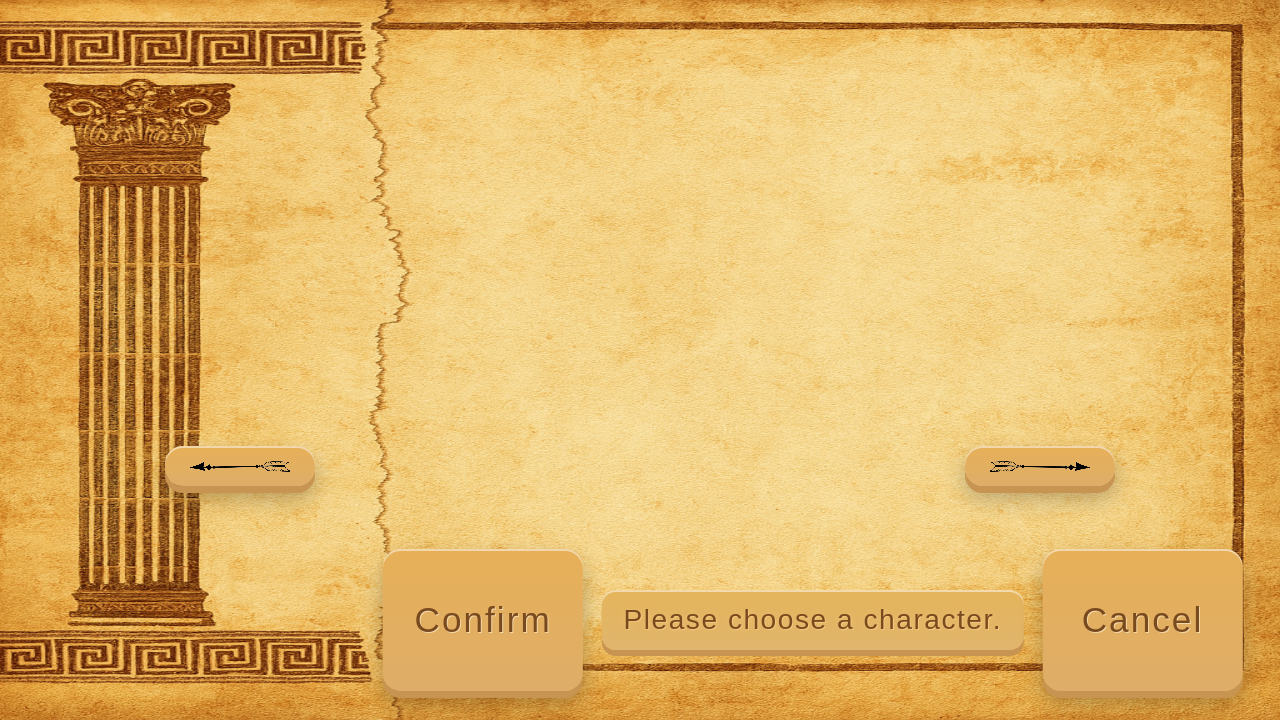
Repository: brianabariteau/Web-1-Final-Project-2025
Page: features/character-selection/character-selection.html
These files come from the project's save history. The page is drawn as it stood at one moment and after the next save; the edit follows.
The browser window is 1280 px wide. The pictures show the whole page.
The page's requests for data from a server got no answer. Some web fonts or font styles are not loaded; a fallback is used.

Above is the page before, as saved 2025-12-22 00:07:08.

### features/character-selection/character-selection.html
<!DOCTYPE html>
<html lang="en">
  <head>
    <meta charset="UTF-8" />
    <meta name="viewport" content="width=device-width, initial-scale=1.0" />
    <title>Player Selection</title>
    <link
      rel="icon"
      type="image/x-icon"
      href="../../assets/characters/zeus.png"
    />
    <link rel="stylesheet" href="./character-selection.css" />
    <script type="module" src="./character-selection.js" defer></script>
    <script
      src="https://code.jquery.com/jquery-3.7.1.min.js"
      integrity="sha256-/JqT3SQfawRcv/BIHPThkBvs0OEvtFFmqPF/lYI/Cxo="
      crossorigin="anonymous"
    ></script>
    <link
      href="https://fonts.googleapis.com/css2?family=Jersey+25&display=swap"
      rel="stylesheet"
    />
  </head>
  <body></body>
</html>

### features/character-selection/character-selection.css
/* -- General Page Layout -- */

body {
  margin: 0;
  padding: 0;
  width: 100vw;
  height: 100vh;
  overflow: hidden;

  display: flex;
  justify-content: center;
  align-items: center;

  position: relative;
  font-family: "Press Start 2P", monospace;
}

/* Full-screen background */
.background {
  position: absolute;
  inset: 0;
  width: 100%;
  height: 100%;
  z-index: -1;
}

/* -- Character Selector Grid [avatar1/2/3] -- */

.character-row {
  /*display: flex;
  justify-content: center;
  align-items: center;
  gap: 1rem;

  position: absolute;
  top: 10%;
  width: 100%;*/
  display: flex;
  justify-content: center;
  align-items: center;
  gap: 1rem;
  width: 100%;
  position: relative; /* not absolute */
}

/* All avatar boxes */
.avatar1,
.avatar2,
.avatar3 {
  /*width: 340px;
  height: 450px;*/
  width: min(28vw, 370px); /* 28% of viewport width, max 340px */
  height: min(28vw, 440px);

  background: transparent;
  border: none;
  padding: 0;

  position: relative;
  cursor: pointer;
  transition: transform 120ms ease;
}

.avatar1,
.avatar2,
.avatar3 {
  position: relative;
  isolation: isolate; /* prevents glow bleeding */
}

/* Gold glow overlay layer */
.avatar1::after,
.avatar2::after,
.avatar3::after {
  content: "";
  position: absolute;
  inset: -8px;
  border-radius: 22px;

  background: radial-gradient(
    circle,
    rgba(255, 220, 150, 0.65),
    rgba(255, 200, 100, 0.25),
    transparent 70%
  );

  opacity: 0;
  z-index: -1;
  transition: opacity 0.3s ease;
}

.avatar1.selected::after,
.avatar2.selected::after,
.avatar3.selected::after {
  opacity: 1;
  animation: auraPulse 3s ease-in-out infinite;
}

@keyframes auraPulse {
  0%,
  100% {
    transform: scale(1);
    filter: blur(6px);
    opacity: 0.7;
  }
  50% {
    transform: scale(1.06);
    filter: blur(10px);
    opacity: 1;
  }
}

.avatar1:hover,
.avatar2:hover,
.avatar3:hover {
  transform: scale(1.05);
}

.avatar1:active,
.avatar2:active,
.avatar3:active {
  transform: scale(1.03) translateY(3px);
}

.avatar1.selected::before,
.avatar2.selected::before,
.avatar3.selected::before {
  content: "";
  position: absolute;
  inset: -6px;
  border-radius: 18px;

  border: 3px solid rgba(255, 210, 130, 0.9);
  box-shadow: 0 0 18px rgba(255, 200, 100, 0.6);

  pointer-events: none;
}

/* The decorative box asset */
.background-boxes {
  position: absolute;
  inset: 0;
  width: 100%;
  height: 100%;
  object-fit: fill;
  z-index: 0;
  pointer-events: none;
}

/* If later you put the character image inside an avatar */
.player-avatar {
  position: relative;
  z-index: 1;
  width: 140px;
  height: auto;
  image-rendering: pixelated;
}

/* Info inside the avatar (optional) */
.player-info {
  position: relative;
  z-index: 2;
  color: brown;
  text-shadow: 2px 2px #000;
  font-size: 14px;
  text-align: left;
  margin-left: 10px;
}

/* ───────────── SCROLL ARROWS ABOVE TEXT BOX ───────────── */

.scroll-arrows {
  width: min(200vw, 950px); /* narrower than full screen */
  margin: 0 auto;
  display: flex;
  justify-content: space-between; /* left arrow on left, right arrow on right */
  align-items: center;

  padding: 0 5vw; /* adjusts how far arrows sit from edges */
  position: relative;
  z-index: 15;
  gap: 8rem;
}

/* =========================
   ARROW BUTTON BASE
========================= */
.left-arrow,
.right-arrow {
  width: 150px;
  height: 40px;

  background: linear-gradient(to bottom, #e7b058, #dead68);
  border-radius: 18px;
  border: none;

  display: flex;
  align-items: center;
  justify-content: center;

  cursor: pointer;

  box-shadow: inset 0 2px 0 rgba(255, 255, 255, 0.5), 0 7px 0 #c89451,
    0 12px 22px rgba(0, 0, 0, 0.25);

  transition: transform 0.15s ease, box-shadow 0.15s ease, filter 0.15s ease;
}

.left-arrow:hover,
.right-arrow:hover {
  filter: brightness(1.05);

  box-shadow: inset 0 2px 0 rgba(255, 255, 255, 0.6), 0 7px 0 #c89451,
    0 0 18px rgba(255, 210, 130, 0.7), 0 0 36px rgba(255, 200, 100, 0.4);
}

.left-arrow:active,
.right-arrow:active {
  transform: translateY(5px);

  box-shadow: inset 0 2px 0 rgba(255, 255, 255, 0.4), 0 3px 0 #c89451;
}

.arrowImg {
  width: 100px;
  height: auto;
  image-rendering: pixelated;
  pointer-events: none;
}

.switch-characters {
  display: flex;
  flex-direction: column;
  align-items: center;
  gap: 1rem; /* space between avatars and arrows */

  width: min(90vw, 1200px);
  position: absolute;
  top: 10%;
  width: 100%;
}

/* Every stat becomes a tooltip target */
.stat {
  position: relative;
  cursor: help;
}

/* Tooltip bubble */
.stat:hover::after {
  content: attr(data-info);
  position: absolute;
  left: 50%;
  bottom: 120%;
  transform: translateX(-50%);

  width: max-content;
  max-width: 220px;

  background: rgba(0, 0, 0, 0.9);
  color: white;
  padding: 8px 10px;
  border-radius: 6px;
  font-size: 10px;
  line-height: 1.2;
  text-shadow: none;

  pointer-events: none;
  z-index: 999;
}

/* Tooltip arrow */
.stat:hover::before {
  content: "";
  position: absolute;
  left: 50%;
  bottom: 110%;
  transform: translateX(-50%);

  border-width: 6px;
  border-style: solid;
  border-color: rgba(0, 0, 0, 0.9) transparent transparent transparent;

  z-index: 998;
}

/* ───────────── TEXT BOX (your .box image) ───────────── */

.bottom-panel {
  position: absolute;
  /*bottom: -3%;  how far from bottom of screen */
  bottom: 4%;
  left: 60%;
  /*transform: translateX(-30%);  center horizontally */
  transform: translateX(-45%);

  width: min(70vw, 900px);
  /*width: 40%;  adjust width as needed */
  /*max-width: 900px; */

  display: grid;
  grid-template-columns: 1fr auto 1fr; /* left | center | right */
  align-items: center;
  justify-items: center;
  margin: 0;

  z-index: 10;
}

.box {
  font-size: clamp(1.4rem, 2.2vw, 2rem);
  color: #7a4a1f;
  letter-spacing: 1.5px;

  text-shadow: 1px 1px 0 #f4c87d, 0 0 8px rgba(255, 210, 130, 0.35);

  background: linear-gradient(to bottom, #e5b55b, #e0b56d);
  padding: 14px 22px;
  border-radius: 14px;

  box-shadow: inset 0 2px 0 rgba(255, 255, 255, 0.5), 0 6px 0 #c89451;

  pointer-events: none;
}

/* ───────────── CONFIRM + CANCEL BUTTONS ───────────── */

.button-left,
.button-right {
  display: flex;
  justify-content: center;
  align-items: center;
}

.buttons {
  display: flex;
  gap: 0rem; /* spacing between confirm/cancel */
  position: relative; /* NOT absolute */
  z-index: 10;
}

.confirm,
.cancel {
  min-width: 200px;
  padding: 16px 30px;

  background: linear-gradient(to bottom, #e7b058, #dead68);
  border: none;
  border-radius: 18px;

  cursor: pointer;

  box-shadow: inset 0 2px 0 rgba(255, 255, 255, 0.5), 0 7px 0 #c89451,
    0 12px 22px rgba(0, 0, 0, 0.25);

  transition: transform 0.15s ease, box-shadow 0.15s ease, filter 0.15s ease;
}

.confirm p,
.cancel p {
  font-size: 2.2rem;
  letter-spacing: 2px;
  color: #7a4a1f;

  text-shadow: 1px 1px 0 #f3d8a8;
}

.confirm:hover,
.cancel:hover {
  filter: brightness(1.05);

  box-shadow: inset 0 2px 0 rgba(255, 255, 255, 0.6), 0 7px 0 #c89451,
    0 0 18px rgba(255, 210, 130, 0.7), 0 0 36px rgba(255, 200, 100, 0.4);
}

.confirm:active,
.cancel:active {
  transform: translateY(5px);

  box-shadow: inset 0 2px 0 rgba(255, 255, 255, 0.4), 0 3px 0 #c89451;
}

/* Position them near bottom-right like your drawing */
.cancel {
  right: 10%;
}

/* ───────────── CHARACTERS ───────────── */
.character {
  position: relative;
  z-index: 10; /* ensures text appears above the background box */
  color: rgb(133, 74, 18);
  justify-items: center;
  text-align: center;
  display: flex;
  object-fit: contain;
  /*padding: 12px 20px;*/
  padding-top: 50px;
  width: 100%;
  height: 100%;
  font-family: "Press Start 2P", monospace; /* matches your game font */
  text-shadow: 2px 2px 0px #ffffff; /* retro look */
}

.inner-character {
  width: 100%; /* smaller than full box so borders show */
  height: 70%; /* keep some space top/bottom */
  padding: 0.4rem; /* small internal padding */
  box-sizing: border-box;

  display: flex;
  flex-direction: column;
  align-items: center;
  justify-content: flex-start;
  gap: 0.1rem; /* tiny gaps between lines */

  overflow-y: auto; /* <-- important: scroll if too tall */
  scrollbar-width: none;
  -ms-overflow-style: none;
}
.character-inner::-webkit-scrollbar {
  display: none;
}

.character-inner h3 {
  margin: 0 0 4px 0;
  font-size: clamp(12px, 1.3vw, 16px);
}

.character-inner p {
  margin: 1px 0;
  font-size: clamp(10px, 1.1vw, 13px);
  line-height: 1.1;
}

/* Smaller sprite so it doesn't eat all vertical space */
.character-inner .character-img {
  width: 90px;
  height: auto;
  margin-bottom: 6px;
}

.character h3 {
  margin: 0 0 10px 0;
  /*font-size: 18px;*/
  font-size: clamp(14px, 1.6vw, 18px);
  letter-spacing: 1px;
}

.character p,
.powers-list {
  font-size: clamp(12px, 1.3vw, 14px);
}

.character p {
  margin: 3px 0;
  /*font-size: 14px;*/
  line-height: 1.2;
}

.powers-list {
  margin: 4px 0 0 16px;
  padding: 0;
  list-style-type: none;
  /*font-size: 14px;*/
}

.character-img {
  display: block;
  margin: 0 auto 10px auto; /* center horizontally + space underneath */
  width: 120px; /* adjust size */
  height: auto;
  image-rendering: pixelated;
  z-index: 5;
  pointer-events: none;
  background: transparent;
}

@media (max-width: 900px) {
  .character-row {
    flex-direction: column;
    top: 4%;
    gap: 0.5rem;
  }

  .avatar1,
  .avatar2,
  .avatar3 {
    width: 80vw;
  }
}

@media (max-width: 900px) {
  .bottom-panel {
    bottom: 2%;
    width: 90vw;
    grid-template-columns: auto;
    row-gap: 0.5rem;
  }

  .buttonImg {
    width: 120px;
  }
}

@media (max-width: 600px) {
  .arrowImg {
    width: 80px;
  }

  .scroll-arrows {
    gap: 1.5rem;
    bottom: 30%;
  }
}

@media (max-width: 600px) {
  .confirm,
  .cancel {
    min-width: 160px;
    padding: 14px 22px;
  }

  .confirm p,
  .cancel p {
    font-size: 1.4rem;
  }

  .box {
    font-size: 1.3rem;
  }
}

@media (max-width: 600px) {
  .left-arrow,
  .right-arrow {
    width: 70px;
    height: 70px;
  }

  .arrowImg {
    width: 32px;
  }
}

/* UI elements use same font as Start / Mode pages */
.confirm,
.cancel,
.box {
  font-family: "Jersey 25", sans-serif;
}

### features/character-selection/character-selection.js
"use strict";

import { fetchCharacters } from "../../services/character-api.js";
import { sortCharacters } from "../../utils/character-sorters.js";
let singlePlayer = localStorage.getItem("single player");
let multiPlayer = localStorage.getItem("multiplayer");

let characters = [];
let currentIndex = 0;

// * Player selection stuff
let selectedPlayer = null;

// * The Background Image
const background = $("<img>")
  .addClass("background")
  .attr("src", "./assets/parchment-background.png")
  .attr("alt", "Background");

// * Characters
function renderCharacters(character) {
  let powersList = "";

  if (Array.isArray(character.powers) && character.powers.length > 0) {
    for (const power of character.powers) {
      powersList += `<li>${power}</li>`;
    }
  } else {
    powersList = `<li>No Powers</li>`;
  }

  return `
    <div class="character">
      <div class="inner-character">
        <img class="character-img" src="${character.imgSrc}" alt="${character.name}"/>
        <h3 class="stat" data-info="${character.tier} - ${character.tierName}">${character.name}</h3>
        <p>HP: ${character.stats.hp}</p>
        <p>Attack: ${character.stats.attack}</p>
        <p>Defense: ${character.stats.defense}</p>
        <p>Speed: ${character.stats.speed}</p>
        <p>Power: ${character.stats.power}</p>
        <p>Resilience: ${character.stats.resilience}</p>
        <p>Stamina: ${character.stats.stamina}</p>
        <p class="stat" data-info="${character.stats.masteryDesc}">Domain Mastery: ${character.stats.domainMastery}</p>
        <p class="stat" data-info="${character.stats.traitDesc}">Special Trait: ${character.stats.specialTrait}</p>
      </div>
    </div>
  `;
}

// * All Characters
const characterRow = $("<div>").addClass("character-row");

// * Arrows + Avatars Div
const switchCharacters = $("<div>").addClass("switch-characters");

// * Avatar 1
const avatar1 = $("<button>").addClass("avatar1");
const avatar1BackgroundBox = $("<img>")
  .addClass("background-boxes")
  .attr("src", "./assets/parchment-box.png")
  .attr("alt", "Background Boxes");

$(avatar1).on("click", () => {
  const first = characters[currentIndex];
  selectCharacter(avatar1, first);
});

// * Avatar 2
const avatar2 = $("<button>").addClass("avatar2");
const avatar2BackgroundBox = $("<img>")
  .addClass("background-boxes")
  .attr("src", "./assets/parchment-box.png")
  .attr("alt", "Background Boxes");

$(avatar2).on("click", () => {
  const second = characters[(currentIndex + 1) % characters.length];
  selectCharacter(avatar2, second);
});

// * Avatar 3
const avatar3 = $("<button>").addClass("avatar3");
const avatar3BackgroundBox = $("<img>")
  .addClass("background-boxes")
  .attr("src", "./assets/parchment-box.png")
  .attr("alt", "Background Boxes");

$(avatar3).on("click", () => {
  const third = characters[(currentIndex + 2) % characters.length];
  selectCharacter(avatar3, third);
});

$(characterRow).append(avatar1, avatar2, avatar3);

function updateAvatarsDisplay() {
  if (!Array.isArray(characters) || characters.length === 0) return;

  const second = characters[(currentIndex + 1) % characters.length];
  const first = characters[currentIndex];
  const third = characters[(currentIndex + 2) % characters.length];

  $(avatar1).html(renderCharacters(first));
  $(avatar2).html(renderCharacters(second));
  $(avatar3).html(renderCharacters(third));

  $(avatar1).append(avatar1BackgroundBox.clone());
  $(avatar2).append(avatar2BackgroundBox.clone());
  $(avatar3).append(avatar3BackgroundBox.clone());
}

async function loadCharacters() {
  characters = await fetchCharacters();
  characters = sortCharacters(characters);
  currentIndex = 0;
  updateAvatarsDisplay();
}

function selectCharacter(avatarElement, character) {
  $(".avatar1, .avatar2, .avatar3").removeClass("selected");
  $(avatarElement).addClass("selected");
  selectedPlayer = character;
}

// * Text Box + Buttons
const bottomPanel = $("<div>").addClass("bottom-panel");

/*
// * Text Box Image
const textBox = $("<img>")
  .addClass("box")
  .attr("src", "./assets/choose-character-text.png")
  .attr("alt", "Text Box"); */
const textBox = $("<p>").addClass("box").text("Please choose a character.");

// * Buttons
const leftButton = $("<div>").addClass("left-button");
const rightButton = $("<div>").addClass("right-button");

// * Confirm Button
const confirmButton = $("<button>").addClass("confirm");
const confirmText = $("<p>").text("Confirm");
/*const confirmImg = $("<img>")
  .addClass("buttonImg")
  .attr("src", "./assets/parchment-confirm-button.png")
  .attr("alt", "Confirm Button Image");  */

$(confirmButton).append(confirmText);
$(confirmButton).on("click", () => {
  if (!selectedPlayer) {
    alert("Please select a character first!");
    return;
  }

  localStorage.setItem("selectedCharacter", JSON.stringify(selectedPlayer));

  window.location.href = "../main-menu/main-menu.html";
});

// * Cancel Button
const cancelButton = $("<button>").addClass("cancel");
const cancelText = $("<p>").text("Cancel");
/*const cancelImg = $("<img>")
  .addClass("buttonImg")
  .attr("src", "./assets/parchment-cancel-button.png")
  .attr("alt", "Cancel Button Image"); */

$(cancelButton).append(cancelText);
$(cancelButton).on("click", () => {
  if (selectedPlayer === null) {
    window.location.href = "../main-menu/index.html";
  }

  selectedPlayer = null;
  $(avatar1).css("box-shadow", "none");
  $(avatar2).css("box-shadow", "none");
  $(avatar3).css("box-shadow", "none");
});

leftButton.append(confirmButton);
$(rightButton).append(cancelButton);
$(bottomPanel).append(confirmButton, textBox, cancelButton);

// * Scroll Arrows
const scrollArrows = $("<div>").addClass("scroll-arrows");

// * Left Arrow
const leftArrow = $("<button>").addClass("left-arrow");
const leftArrowImg = $("<img>")
  .addClass("arrowImg")
  .attr("src", "./assets/left-arrow.png")
  .attr("alt", "Left Arrow");

$(leftArrow).on("click", () => {
  currentIndex = (currentIndex - 1 + characters.length) % characters.length;
  selectedPlayer = null;
  $(avatar1).css("box-shadow", "none");
  $(avatar2).css("box-shadow", "none");
  $(avatar3).css("box-shadow", "none");
  updateAvatarsDisplay();
});
$(leftArrow).append(leftArrowImg);

// * Right Arrow
const rightArrow = $("<button>").addClass("right-arrow");
const rightArrowImg = $("<img>")
  .addClass("arrowImg")
  .attr("src", "./assets/right-arrow.png")
  .attr("alt", "Right Arrow");

$(rightArrow).on("click", () => {
  currentIndex = (currentIndex + 1) % characters.length;
  selectedPlayer = null;
  $(avatar1).css("box-shadow", "none");
  $(avatar2).css("box-shadow", "none");
  $(avatar3).css("box-shadow", "none");
  updateAvatarsDisplay();
});
$(rightArrow).append(rightArrowImg);

$(scrollArrows).append(leftArrow, rightArrow);
$(switchCharacters).append(characterRow, scrollArrows);

$("body").append(background, switchCharacters, bottomPanel);

loadCharacters();

### utils/character-sorters.js
"use strict";
export function sortCharacters(characters) {
  return characters.sort((characterA, characterB) => {
    const scoreA =
      characterA.stats.attack * 2 +
      characterA.stats.power * 2 +
      characterA.stats.defense +
      characterA.stats.hp +
      characterA.stats.speed;

    const scoreB =
      characterB.stats.attack * 2 +
      characterB.stats.power * 2 +
      characterB.stats.defense +
      characterB.stats.hp +
      characterB.stats.speed;

    return scoreB - scoreA;
  });
}

Loaded but not shown: services/character-api.js (396 lines, source omitted)

After the next save:
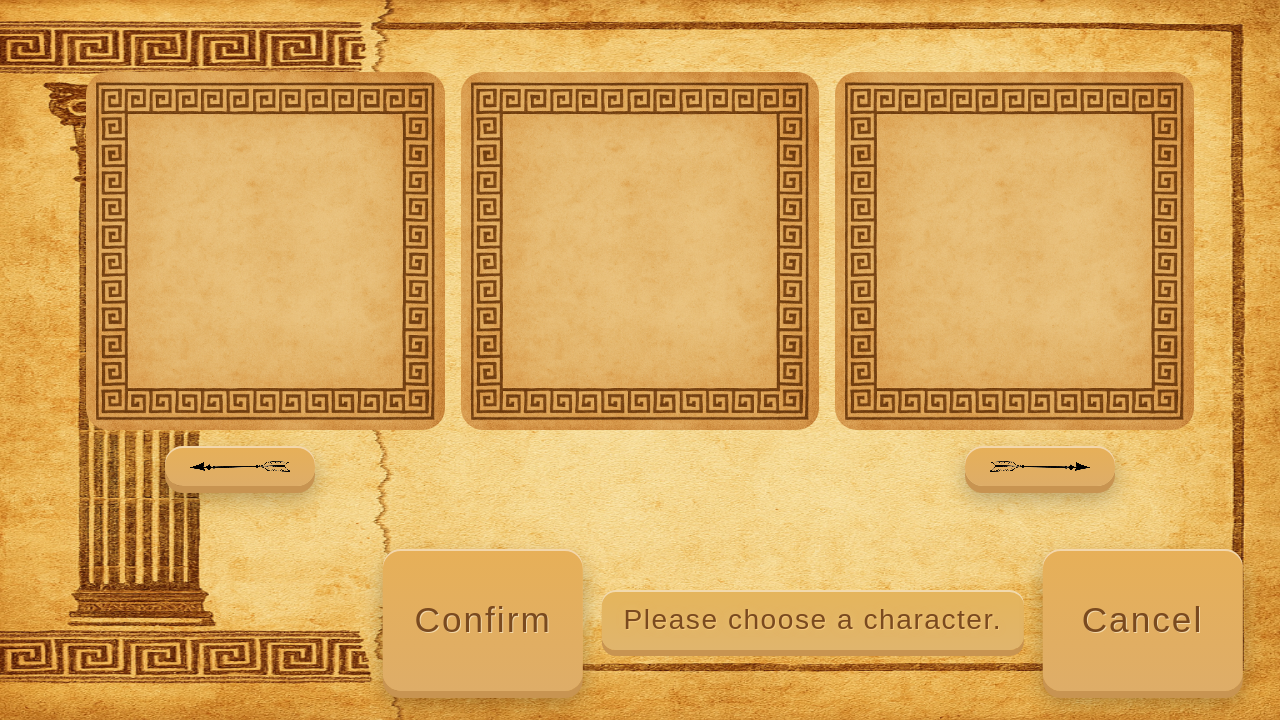
Saved 2 min 28 s later.
--- a/features/character-selection/character-selection.css
+++ b/features/character-selection/character-selection.css
@@ -47,18 +47,22 @@ body {
 .avatar1,
 .avatar2,
 .avatar3 {
-  /*width: 340px;
-  height: 450px;*/
-  width: min(28vw, 370px); /* 28% of viewport width, max 340px */
+  width: min(28vw, 370px);
   height: min(28vw, 440px);
 
-  background: transparent;
+  background-image: url("./assets/parchment-box.png");
+  background-size: 100% 100%;
+  background-repeat: no-repeat;
+  background-position: center;
+
+  border-radius: 22px;
   border: none;
   padding: 0;
 
   position: relative;
   cursor: pointer;
-  transition: transform 120ms ease;
+
+  transition: transform 0.15s ease;
 }
 
 .avatar1,
